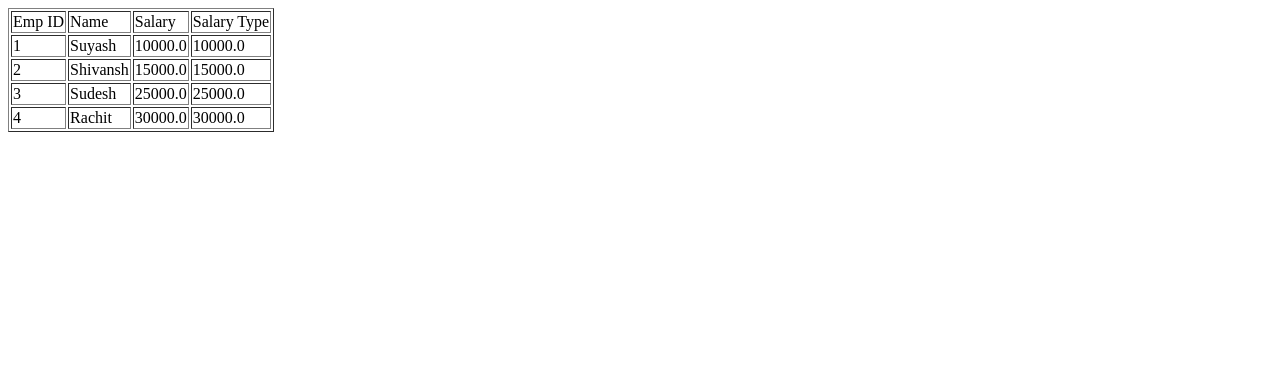
Repository: SuyashAwasthy/Javaee
Page: http://localhost/06-jsp-jstl-tag-demo/jstl-employee-forEach.jsp
These files come from the project's save history. The page is drawn as it stood at one moment and after the next save; the edit follows.
The browser window is 1280 px wide. The pictures show the whole page.
The page is served by Tomcat 9.

Above is the page before, as saved 2024-07-15 10:06:49.

### 06-jsp-jstl-tag-demo/WebContent/jstl-employee-forEach.jsp
<%@ page language="java" contentType="text/html; charset=ISO-8859-1"
	pageEncoding="ISO-8859-1"%>
<%@ page
	import="java.util.List, java.util.ArrayList, com.techlabs.model.Employee"%>
<%@ taglib uri="http://java.sun.com/jsp/jstl/core" prefix="c"%>
<%@ taglib uri="http://java.sun.com/jsp/jstl/functions" prefix="fn"%>
<!DOCTYPE html>
<html>
<head>
<meta charset="ISO-8859-1">
<title>Insert title here</title>
</head>
<body>

	<%
		List<Employee> employees = new ArrayList<>();
	employees.add(new Employee(1, "Suyash", 10000));
	employees.add(new Employee(2, "Shivansh", 15000));
	employees.add(new Employee(3, "Sudesh", 25000));
	employees.add(new Employee(4, "Rachit", 30000));

	pageContext.setAttribute("theEmployees", employees);
	%>
	<table border="1">
		<tr>
			<td>Emp ID</td>
			<td>Name</td>
			<td>Salary</td>
			<td>Salary Type</td>
		</tr>
		<c:forEach var="emp" items="${theEmployees}">
			<tr>
				<td>${emp.id}</td>
				<td>${emp.name}</td>
				<td>${emp.salary}</td>
				<td>${emp.salary}</td>
			</tr>
		</c:forEach>
	</table>
</body>
</html>

### 06-jsp-jstl-tag-demo/src/com/techlabs/model/Employee.java
package com.techlabs.model;

public class Employee {

	private int id;
	private String name;
	private double salary;
	public Employee(int id, String name, double salary) {
		super();
		this.id = id;
		this.name = name;
		this.salary = salary;
	}
	public int getId() {
		return id;
	}
	public void setId(int id) {
		this.id = id;
	}
	public String getName() {
		return name;
	}
	public void setName(String name) {
		this.name = name;
	}
	public double getSalary() {
		return salary;
	}
	public void setSalary(double salary) {
		this.salary = salary;
	}

}

After the next save:
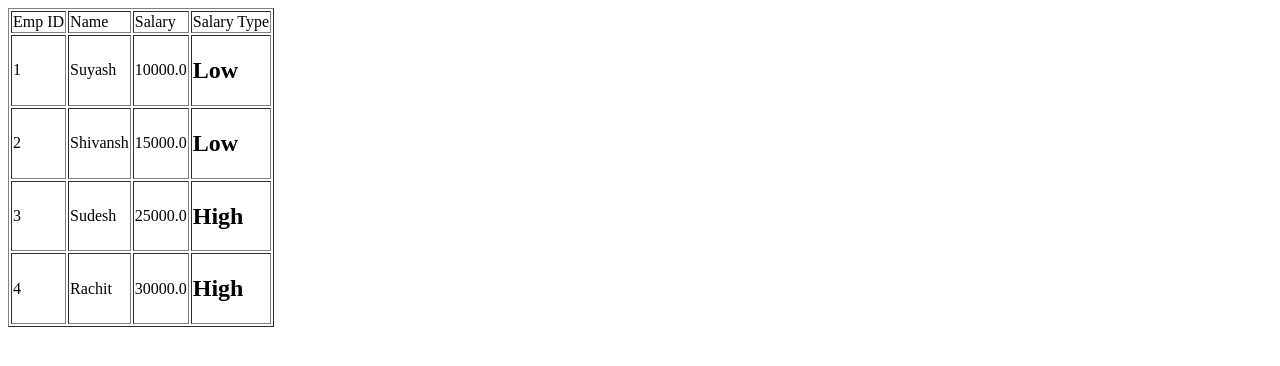
Saved 81 s later.
--- a/06-jsp-jstl-tag-demo/WebContent/jstl-employee-forEach.jsp
+++ b/06-jsp-jstl-tag-demo/WebContent/jstl-employee-forEach.jsp
@@ -33,7 +33,14 @@
 				<td>${emp.id}</td>
 				<td>${emp.name}</td>
 				<td>${emp.salary}</td>
-				<td>${emp.salary}</td>
+				<td>
+					<c:if test="${emp.salary >= 20000}">
+						<h2>High</h2>
+					</c:if>
+					<c:if test="${emp.salary < 20000}">
+						<h2>Low</h2>
+					</c:if>
+				</td>
 			</tr>
 		</c:forEach>
 	</table>
